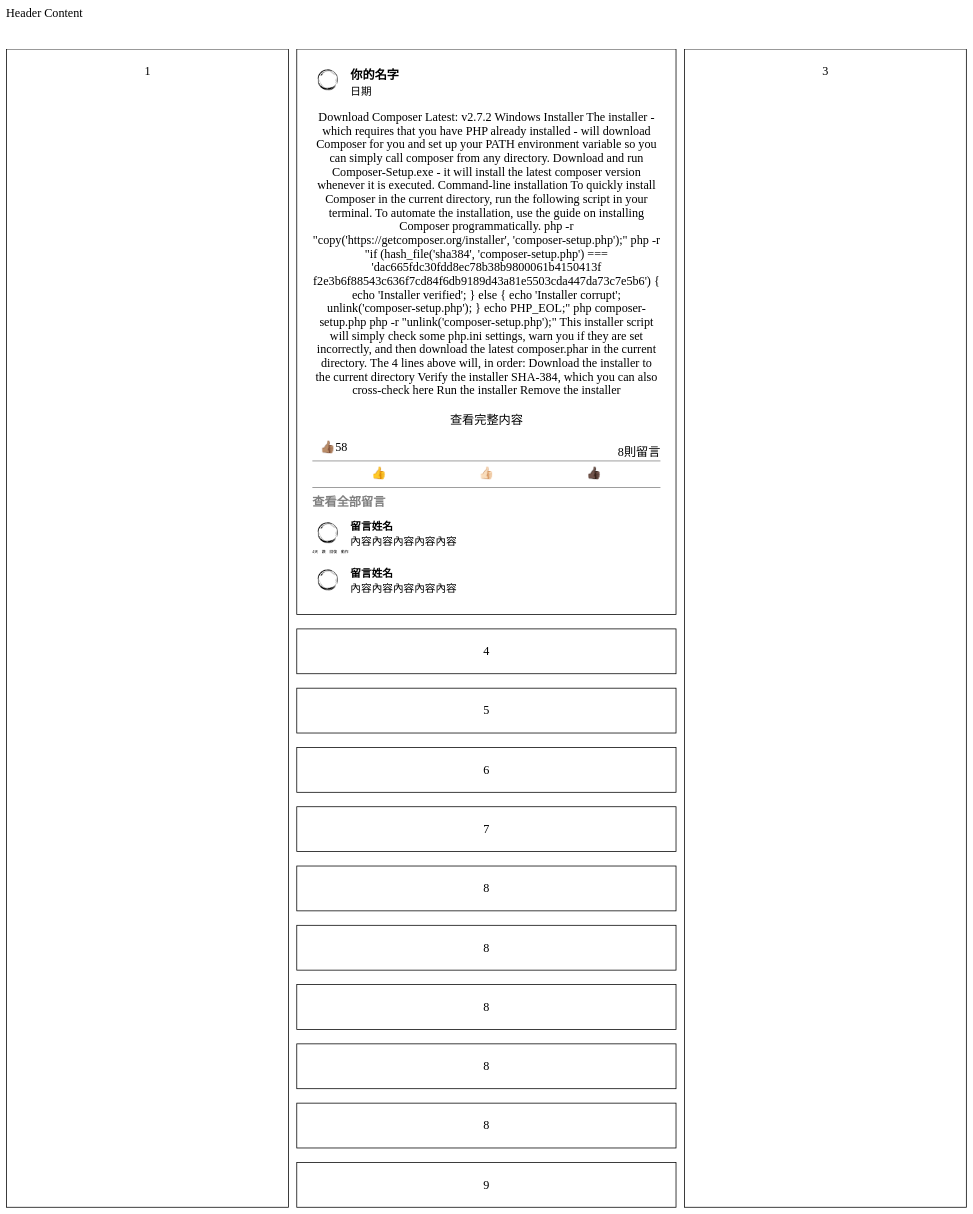
Repository: yuchiyang123/index_view
Page: http://localhost/
An editor plug-in stored every save of this project. The page is shown before and after the next save, followed by the edit.
The browser window is 1280 px wide. The pictures show the whole page, at 76% of full size.
The page is run by PHP 8.4 with error messages shown; the project is at /var/www/html/.

Above is the page before, as saved 2024-03-27 10:41:32.

### index.php
<style>
   .header {
    position: sticky;
    top: 0;
    z-index: 9996;
    grid-area: header;
    background-color: #ffffff;
    width: 100%;
    height: 56px;

}


.grid-container {

  display: grid;
  grid-template-columns: auto 500px auto;
  grid-template-rows:auto;
  grid-gap: 10px;
  display: grid;
  grid-template-areas:
    "A B C";

}

.grid-item {
  border: 1px solid #000;
  padding: 20px;
  text-align: center;

}
.first{
    grid-area: A;
    min-height: 800px;
}
.end{
    grid-area: C;
}
.mid{
    grid-area: B;
}
.limt{
    min-height: 350px;
}
.inner-grid {
    display: inline-grid;
    width: 30%;
    transition: background-color 0.3s;
    padding-top: 5px;
    padding-bottom: 10px;
    text-align: center;
}
.inner-grid:hover {
    background-color: rgba(128, 128, 128, 0.4);
}
.line{
    border-top: 1px solid gray;
    border-bottom: 1px solid gray;
}
.respond{

    padding-bottom: 8px;
    text-align: left;
    padding-left:10px;
}
.respond > div {
    display: inline-block;
}
.message{
    text-align: right;
}
.respond, .message {
    display: inline-block;
}
.container {
    display: flex;
    justify-content: space-between;
    align-items: center;
}

.popup {
    display: none;
    position: fixed;
    top: 50%;
    left: 50%;
    transform: translate(-50%, -50%);
    width: 500px;
    padding: 20px;
    background-color: #fff;
    z-index: 9998;

}

.trigger a {
    cursor: pointer;
}

.blur-background {
    filter: blur(0px);
}
.box{

}
.imgsize{
    width: 40px;
    height: auto;

}

.image-container {
    float: left;
    margin-right: 10px;
}

.text-container {
    overflow: hidden;
}
.user{

    text-align: left;
    font-weight: bold;

}
.date{
    font-size: 14px;
    text-align: left;
}
a{
    text-decoration: none;
    color: black;
}
.overlay {
    display: none;
    position: fixed;
    top: 0;
    left: 0;
    width: 100%;
    height: 100%;
    background-color: rgba(0, 0, 0, 0.5);
    z-index: 9997;
  }
  .SeeAllMessage{
    padding-top: 5px;
    text-align: left;
  }
  .SeeAllMessage a{
    text-align: left;
    color: gray;
    font-weight: bold;
  }
  .LeaveMessage{
    margin-top: 10px;
    padding-bottom : 5px;
  }

  .LeaveMessageall{
    border-radius: 5px;
    display: block;

  }
  .LeaveMessageUsernameIMG{
    width: 40px;
    height: auto;
    background-color:#ffffff;

  }
  .LeaveMessageimgdiv{
    float: left;
    margin-right: 10px;
    display: block;
  }
  .LeaveMessageUsername{
    text-align: left;
    font-size: 14px;
    font-weight: bold;
  }
  .LeaveMessageMain{
    text-align: left;
    font-size: 14px;
  }
  .LeaveMessageAction{
    font-size: 5px;
    text-align: left;
  }
</style>
<html>
<body>
<?php
    include('header.php');
?>
  <div id="box" class="box">
    <div class="grid-container">

      <div class="grid-item"><div class="first">1</div></div>

        <div class="mid">
          <div class="grid-item">
            <div class="limt">
            <div class="image-container">
                <img src="img/2-1.png" class="imgsize">
                        </div>
                <div class="text-container">
                    <div class="user"><a href="#"><div><a href="#">你的名字</a></div></a></div>
                    <div class="date"><div><a href="#">日期</a></div></div>
                </div>
                <div class="clearfix"></div>
                <p class="main">
                Download Composer Latest: v2.7.2
                    Windows Installer
                    The installer - which requires that you have PHP already installed - will download Composer for you and set up your PATH environment variable so you can simply call composer from any directory.

                    Download and run Composer-Setup.exe - it will install the latest composer version whenever it is executed.

                    Command-line installation
                    To quickly install Composer in the current directory, run the following script in your terminal. To automate the installation, use the guide on installing Composer programmatically.

                    php -r "copy('https://getcomposer.org/installer', 'composer-setup.php');"
                    php -r "if (hash_file('sha384', 'composer-setup.php') === 'dac665fdc30fdd8ec78b38b9800061b4150413f
                    f2e3b6f88543c636f7cd84f6db9189d43a81e5503cda447da73c7e5b6') { echo 'Installer verified'; } else { echo 'Installer corrupt'; unlink('composer-setup.php'); } echo PHP_EOL;"
                    php composer-setup.php
                    php -r "unlink('composer-setup.php');"
                    This installer script will simply check some php.ini settings, warn you if they are set incorrectly, and then download the latest composer.phar in the current directory. The 4 lines above will, in order:

                    Download the installer to the current directory
                    Verify the installer SHA-384, which you can also cross-check here
                    Run the installer
                    Remove the installer<div class="trigger"><a href="#">查看完整内容</a></div>
                </p>
                <div class="container">
                    <div class="respond"><a href="#">👍🏽</a><div><a href="#">58</a></div></div>
                    <div class="message"><div><a href="#">8則留言</a></div></div>
                </div>
                <div class="line">
                    <div class="inner-grid">👍</div>
                    <div class="inner-grid">👍🏻</div>
                    <div class="inner-grid">👍🏿</div>
                </div>
                <div class="SeeAllMessage"><a href="#">查看全部留言</a></div>
                <div class="LeaveMessage">
                    <div><a href="#"></a></div>
                    <div>
                        <div class="LeaveMessageimgdiv">
                            <img src="img/2-1.png" class="LeaveMessageUsernameIMG">
                        </div>
                        <div class="LeaveMessageall">
                            <div class="LeaveMessageUsername">
                                留言姓名
                            </div>
                            <div class="LeaveMessageMain">
                                內容內容內容內容內容
                            </div>
                        </div>
                        <div class="LeaveMessageAction"><a href="#">4天</a>&emsp;<a href="#">讚</a>&emsp;<a href="#">回復</a>&emsp;<a href="#">動作</a></div>
                    </div>
                </div>
                <div class="LeaveMessage">
                    <div><a href="#"></a></div>
                    <div><div class="LeaveMessageimgdiv"><img src="img/2-1.png" class="LeaveMessageUsernameIMG"></div><div class="LeaveMessageUsername">留言姓名</div><div class="LeaveMessageMain">內容內容內容內容內容</div></div>
                </div>
            </div>
        </div><br>
          <div class="grid-item">4</div><br>
          <div class="grid-item">5</div><br>
          <div class="grid-item">6</div><br>
          <div class="grid-item">7</div><br>
          <div class="grid-item">8</div><br>
          <div class="grid-item">8</div><br>
          <div class="grid-item">8</div><br>
          <div class="grid-item">8</div><br>
          <div class="grid-item">8</div><br>
          <div class="grid-item">9</div>
          <div class="overlay" id="overlay"></div>
          <div id="popup" class="popup">
        <div class="content">
        <div class="image-container">
            <img src="img/2-1.png" class="imgsize">
        </div>
        <div class="text-container">
            <div class="user"><a href="#"><div><a href="#">你的名字</a></div></a></div>
            <div class="date"><div><a href="#">日期</a></div></div>
        </div>
        <div class="clearfix"></div>
            <p class="main">
                Download Composer Latest: v2.7.2
                    Windows Installer
                    The installer - which requires that you have PHP already installed - will download Composer for you and set up your PATH environment variable so you can simply call composer from any directory.

                    Download and run Composer-Setup.exe - it will install the latest composer version whenever it is executed.

                    Command-line installation
                    To quickly install Composer in the current directory, run the following script in your terminal. To automate the installation, use the guide on installing Composer programmatically.

                    php -r "copy('https://getcomposer.org/installer', 'composer-setup.php');"
                    php -r "if (hash_file('sha384', 'composer-setup.php') === 'dac665fdc30fdd8ec78b38b9800061b4150413f
                    f2e3b6f88543c636f7cd84f6db9189d43a81e5503cda447da73c7e5b6') { echo 'Installer verified'; } else { echo 'Installer corrupt'; unlink('composer-setup.php'); } echo PHP_EOL;"
                    php composer-setup.php
                    php -r "unlink('composer-setup.php');"
                    This installer script will simply check some php.ini settings, warn you if they are set incorrectly, and then download the latest composer.phar in the current directory. The 4 lines above will, in order:

                    Download the installer to the current directory
                    Verify the installer SHA-384, which you can also cross-check here
                    Run the installer
                    Remove the installer
            </p>
        <div class="container">
            <div class="respond"><a href="#">👍🏽</a><div><a href="#">58</a></div></div>
            <div class="message"><div><a href="#">8則留言</a></div></div>
        </div>
            <div class="line">
            <div class="inner-grid">👍</div>
            <div class="inner-grid">👍🏻</div>
            <div class="inner-grid">👍🏿</div>
        </div>
        </div>
            <!--div class="close"><a href="#">关闭</a></div-->
        </div>
        </div>

            <div class="grid-item"><div class="end">3</div></div>
        </div>
    </div>
  </div>
  <script>
    var overlay = document.getElementById('overlay');
    var trigger = document.querySelector('.trigger a');
    var popup = document.getElementById('popup');
    var header = document.querySelector('.header');
    trigger.addEventListener('click', function(event) {
        event.preventDefault();
        popup.style.display = 'block';
        header.style.backgroundColor = 'rgba(0, 0, 0, 0.000001)';
        overlay.style.display = 'block';
        popup.style.border = '1px solid gray';
        popup.style.boxShadow = '0px 0px 15px rgba(0, 0, 0, 0.7)';
        /*
        document.body.classList.add('blur-background');
        popup.style.filter = 'none';// 移除 body 元素的模糊效果*/
    });
    var closeBtn = document.querySelector('.close a');
    /*
    closeBtn.addEventListener('click', function(event) {
        event.preventDefault();
        popup.style.display = 'none';
        popup.style.boxShadow = 'none';
    });
    */
    overlay.addEventListener('click', function(event) {
        event.preventDefault();
        event.stopPropagation();
        popup.style.display = 'none';
        overlay.style.display = 'none' ;
        popup.style.boxShadow = 'none';
        header.style.backgroundColor = '#ffffff';
    });
  </script>
</body>
</html>

### header.php
<style>
   .header {
    position: sticky; /* 将标题栏固定在容器内 */
    top: 0; /* 将标题栏固定在容器的顶部 */
    z-index: 9999; /* 确保标题栏位于其他内容的上层 */
    /* 其他样式，例如背景颜色、文本样式等 */
    grid-area: header;
    background-color: #ffffff;
    width: 100%; /* 设置标题栏的宽度为100%，使其填满整个屏幕 */
    height: 56px;

}
</style>
<header class="header">Header Content</header>

After the next save:
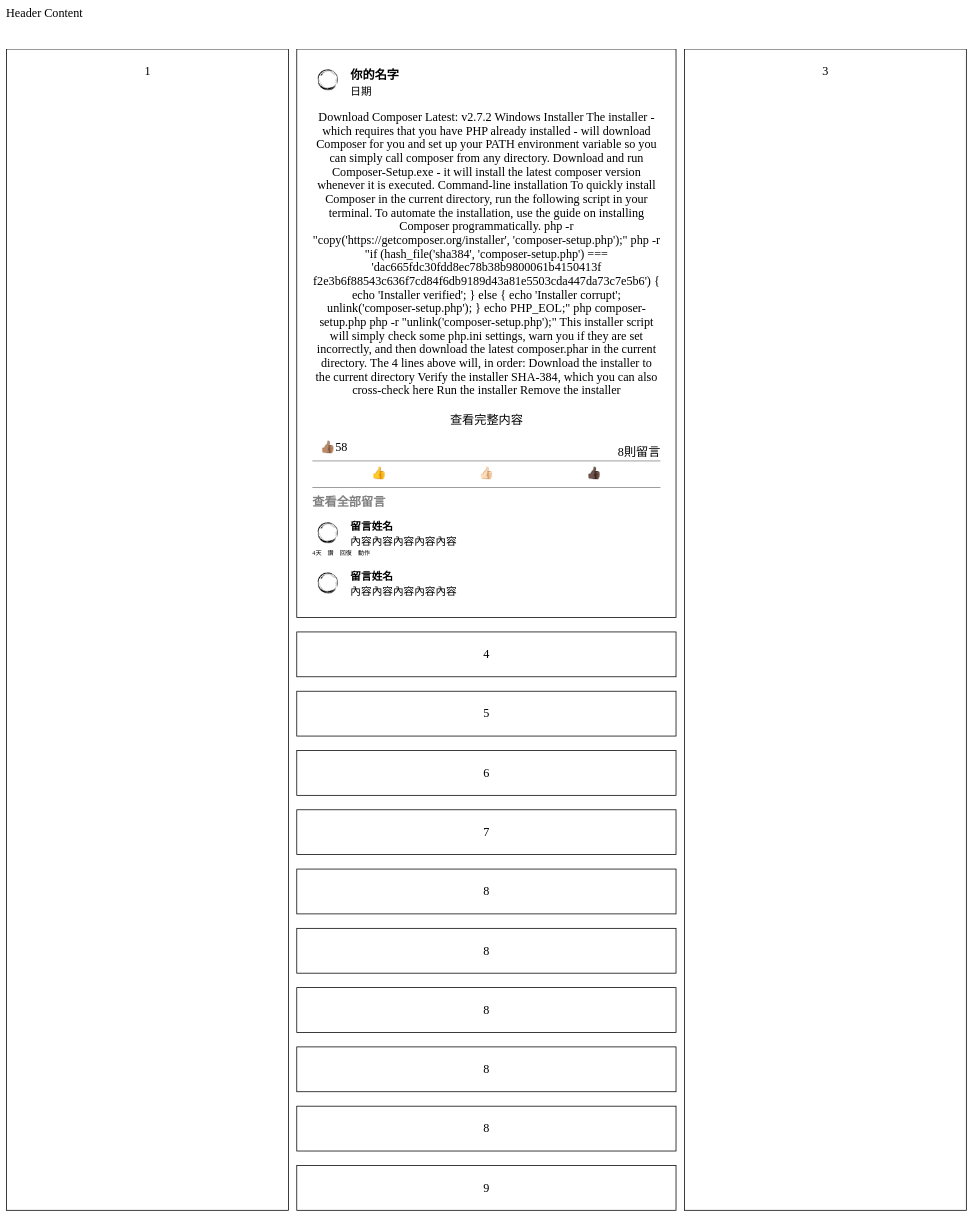
Saved 7 s later.
--- a/index.php
+++ b/index.php
@@ -179,7 +179,7 @@ a{
     font-size: 14px;
   }
   .LeaveMessageAction{
-    font-size: 5px;
+    font-size: 8px;
     text-align: left;
   }
 </style>
